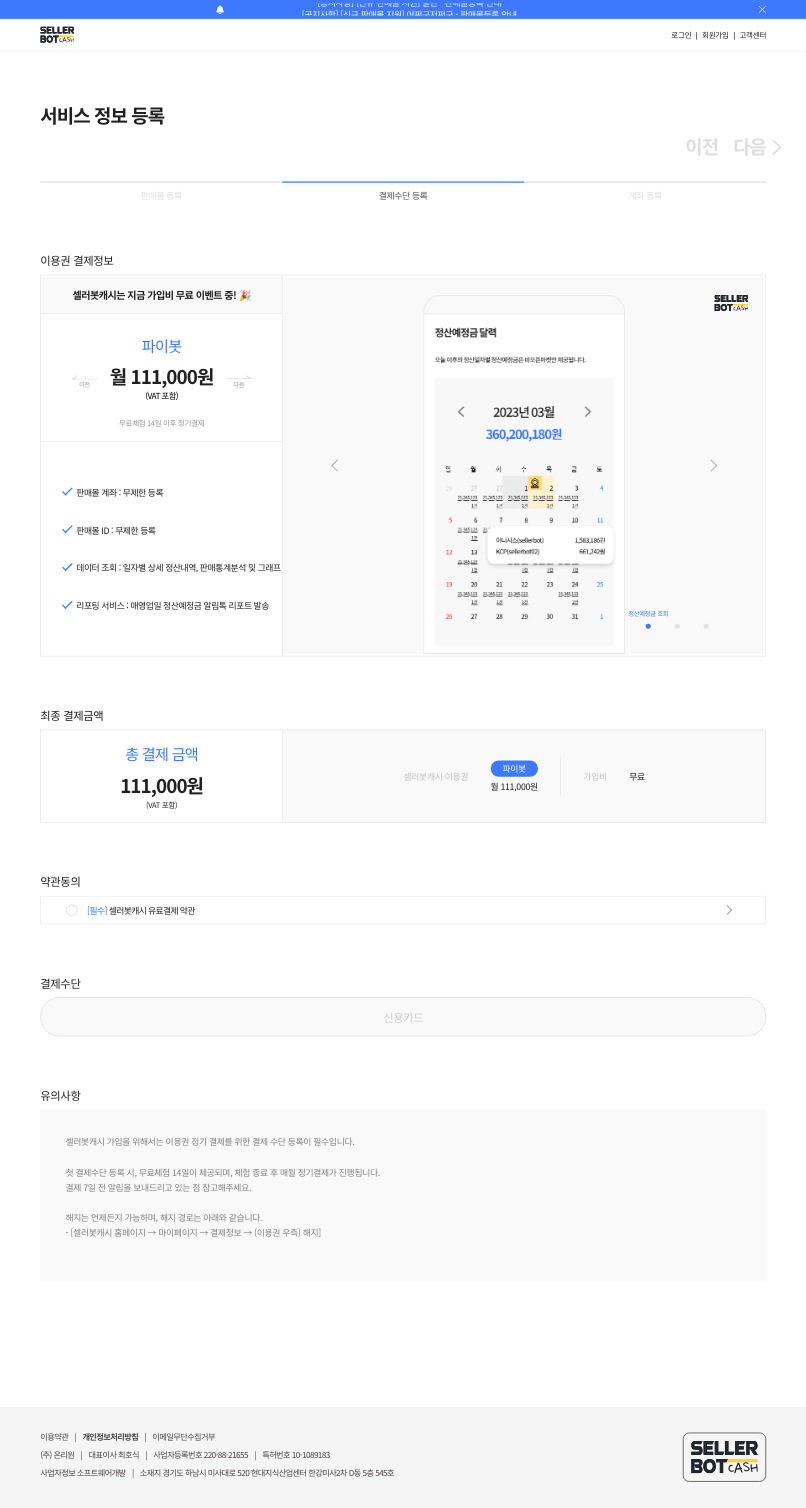
Repository: elemapfelr/ownServer
Page: test-server/web/sellerbot_signup/step_06.html
An editor plug-in stored every save of this project. The page is shown before and after the next save, followed by the edit.
The browser window is 1280 px wide. The pictures show the whole page, at 63% of full size.
Some web libraries are served in a nearby version. The style sheet was rebuilt from its Sass, Less or Tailwind sources for each picture, by a compiler version that may differ from the author's.

Above is the page before, as saved 2023-03-20 14:52:12.

After the next save:
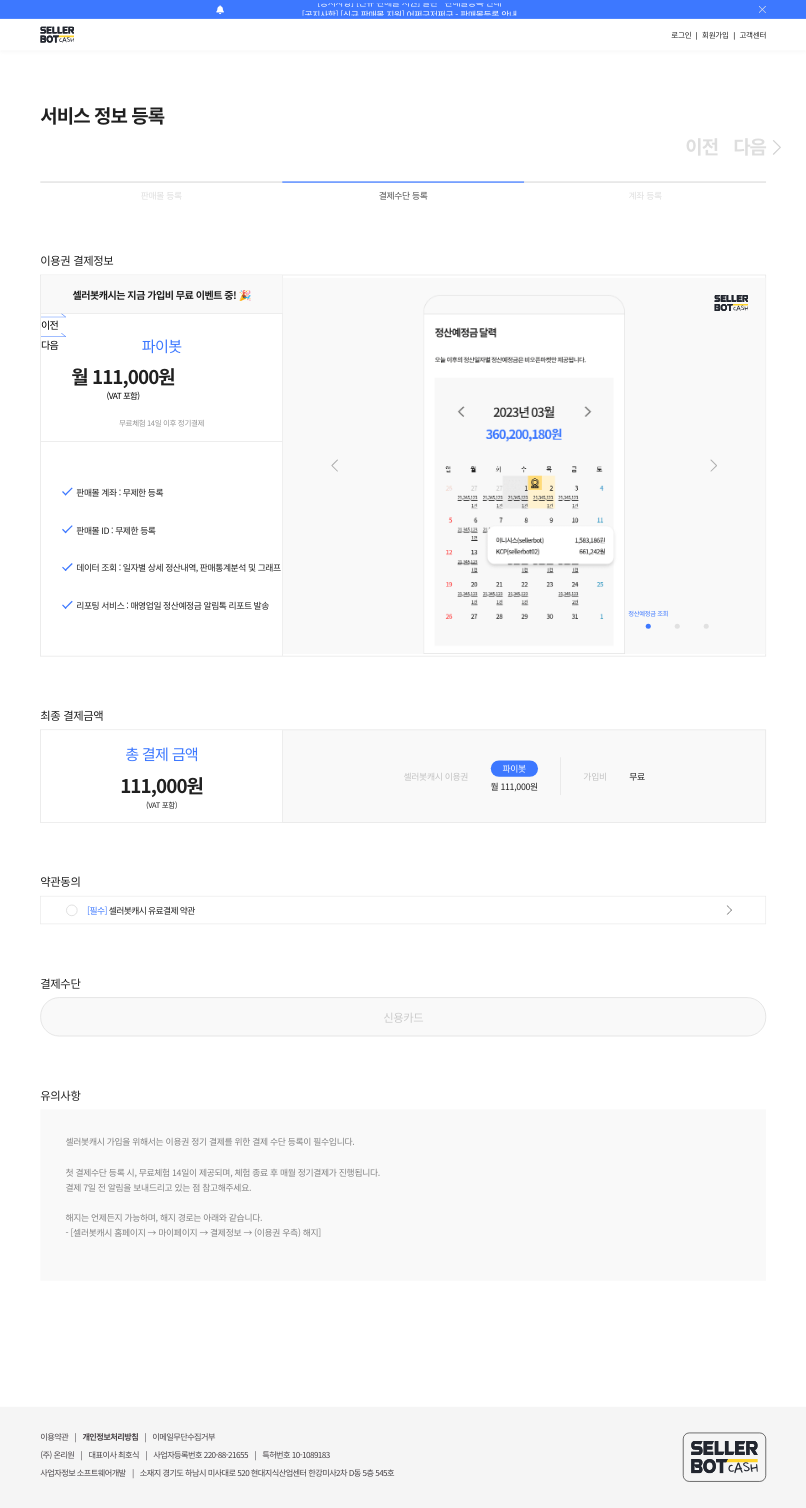
Saved 43 s later.
--- a/test-server/web/sellerbot_signup/step_06.html
+++ b/test-server/web/sellerbot_signup/step_06.html
@@ -77,22 +77,24 @@
 							<h5>셀러봇캐시는 지금 가입비 무료 이벤트 중! 🎉</h5>
 						</div>
 						<div class="ticket_gallery">
+							<div class="btns">
+								<div id="prevTicket" class="leftArrow">
+									<img src="./img/step_05_rightArrow.svg" alt="left">
+									<p id="prevTicketName">이전</p>
+								</div>
+								<div id="nextTicket" class="rightArrow">
+									<img src="./img/step_05_rightArrow.svg" alt="right">
+									<p id="nextTicketName">다음</p>
+								</div>
+							</div>
 							<ul>
 								<li class="items">
 									<div class="center">
 										<h5 id="ticketName">파이봇</h5>
 										<div class="flex">
-											<div id="prevTicket" class="leftArrow">
-												<img src="./img/step_05_rightArrow.svg" alt="left">
-												<p id="prevTicketName">이전</p>
-											</div>
 											<div class="mid">
 												<h4 id="ticketPrice">월 111,000원</h4>
 												<small>(VAT 포함)</small>
-											</div>
-											<div id="nextTicket" class="rightArrow">
-												<img src="./img/step_05_rightArrow.svg" alt="right">
-												<p id="nextTicketName">다음</p>
 											</div>
 										</div>
 										<span>무료체험 14일 이후 정기결제</span>
